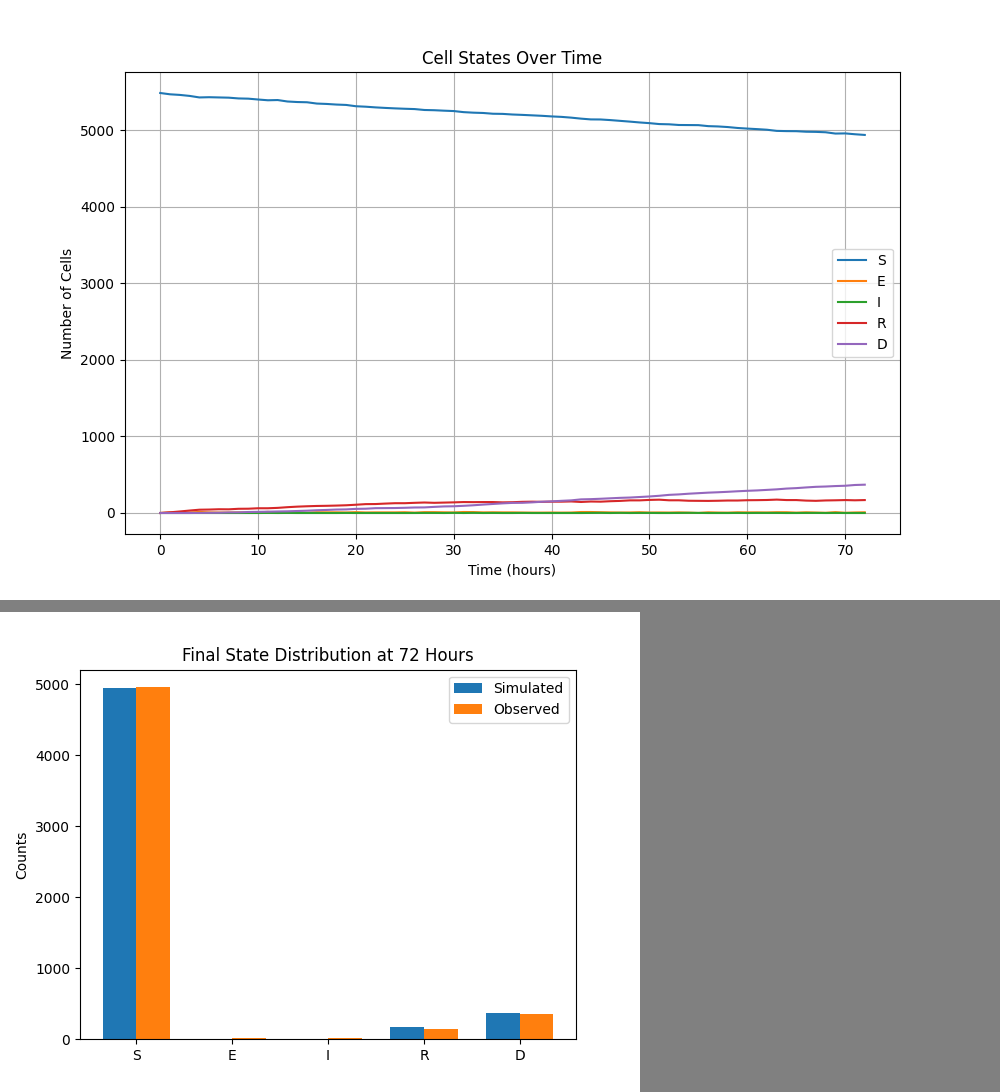
Repository: katherinewxu/iGEM_modeling
Script's output: python fshdmarkov.py
The author's editor kept a copy of each file at every save. The script's output is drawn from the files as they stood at one save, then again after the next save.
Each picture stacks the figures in order, with grey between them; figures that are only written to a file come last. Random numbers start from a fixed seed.

Above is the script's output before, as saved 2024-08-16 15:40:28.

After the next save:
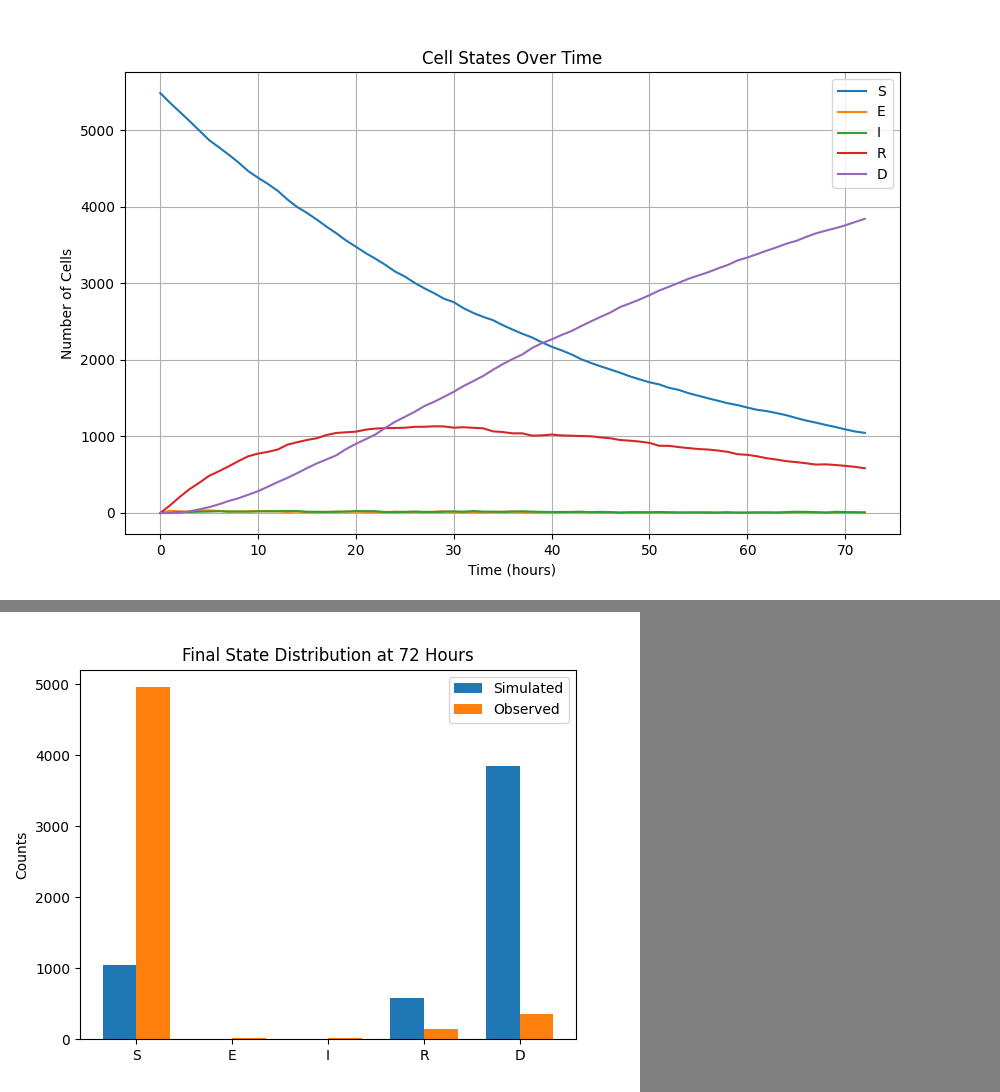
Saved 3 min 37 s later.
--- a/fshdmarkov.py
+++ b/fshdmarkov.py
@@ -1,5 +1,6 @@
 import numpy as np
 import matplotlib.pyplot as plt
+from scipy.stats import chi2
 
 # Initial and observed state distributions
 initial_state_distribution = {"S": 5488, "E": 0, "I": 0, "R": 0, "D": 0}
@@ -52,15 +53,18 @@
 
     return history
 
-# Chi-Squared score function
-def ChiSquared_Score(predicted_distribution, observed_distribution):
-    score = sum(((predicted_distribution[state] - observed_distribution[state]) ** 2) / observed_distribution[state]
+# Chi-Squared score and p-value function
+def ChiSquared_Score_and_p_value(predicted_distribution, observed_distribution):
+    chi_squared_stat = sum(((predicted_distribution[state] - observed_distribution[state]) ** 2) / observed_distribution[state]
                 for state in predicted_distribution if observed_distribution[state] > 0)
-    return score
+    degrees_of_freedom = len(predicted_distribution) - 1
+    p_value = chi2.sf(chi_squared_stat, degrees_of_freedom)
+    return chi_squared_stat, p_value
 
-# Bayesian Optimization with Chi-Squared scoring
-def bayesian_optimization(transition_probabilities_func, initial_state_distribution, observed_distribution, iterations=10000, chi_squared_threshold=10.0):
+# Bayesian Optimization with p-value-based stopping
+def bayesian_optimization(transition_probabilities_func, initial_state_distribution, observed_distribution, iterations=10000, p_value_threshold=0.05):
     best_params = None
+    best_p_value = float('inf')
     best_score = float('inf')
 
     for _ in range(iterations):
@@ -84,17 +88,19 @@
         simulation_history = simulate_markov_model(transition_probabilities, initial_state_distribution, 72)  # 72 hours = 3 days
         final_distribution = simulation_history[-1]
 
-        # Calculate score
-        score = ChiSquared_Score(final_distribution, observed_distribution)
-        if score < best_score:
+        # Calculate Chi-Squared score and p-value
+        score, p_value = ChiSquared_Score_and_p_value(final_distribution, observed_distribution)
+
+        if p_value < best_p_value:
             best_score = score
+            best_p_value = p_value
             best_params = (Δ, Dr, VD, d0, VT, TD)
 
-        # Early stopping if threshold is met
-        if best_score <= chi_squared_threshold:
+        # Early stopping if p-value is greater than or equal to threshold (p-value should be high for a good fit)
+        if best_p_value >= p_value_threshold:
             break
 
-    print(f"Best Chi-Squared Score: {best_score}")
+    print(f"Best Chi-Squared Score: {best_score}, Best p-value: {best_p_value}")
 
     return best_params
 

After the save that followed:
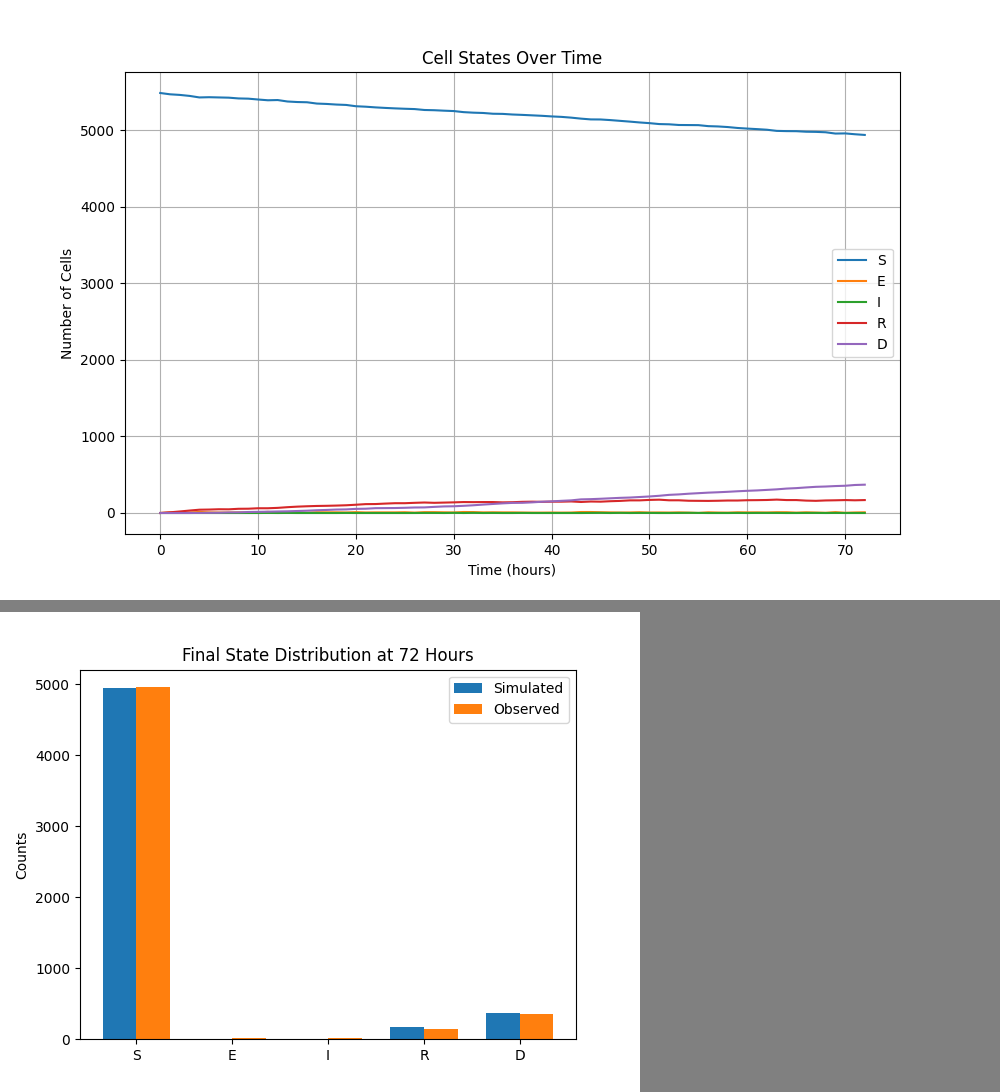
Saved 82 s later.
--- a/fshdmarkov.py
+++ b/fshdmarkov.py
@@ -1,6 +1,5 @@
 import numpy as np
 import matplotlib.pyplot as plt
-from scipy.stats import chi2
 
 # Initial and observed state distributions
 initial_state_distribution = {"S": 5488, "E": 0, "I": 0, "R": 0, "D": 0}
@@ -53,18 +52,15 @@
 
     return history
 
-# Chi-Squared score and p-value function
-def ChiSquared_Score_and_p_value(predicted_distribution, observed_distribution):
-    chi_squared_stat = sum(((predicted_distribution[state] - observed_distribution[state]) ** 2) / observed_distribution[state]
+# Chi-Squared score function
+def ChiSquared_Score(predicted_distribution, observed_distribution):
+    score = sum(((predicted_distribution[state] - observed_distribution[state]) ** 2) / observed_distribution[state]
                 for state in predicted_distribution if observed_distribution[state] > 0)
-    degrees_of_freedom = len(predicted_distribution) - 1
-    p_value = chi2.sf(chi_squared_stat, degrees_of_freedom)
-    return chi_squared_stat, p_value
+    return score
 
-# Bayesian Optimization with p-value-based stopping
-def bayesian_optimization(transition_probabilities_func, initial_state_distribution, observed_distribution, iterations=10000, p_value_threshold=0.05):
+# Bayesian Optimization with Chi-Squared scoring
+def bayesian_optimization(transition_probabilities_func, initial_state_distribution, observed_distribution, iterations=10000, chi_squared_threshold=10.0):
     best_params = None
-    best_p_value = float('inf')
     best_score = float('inf')
 
     for _ in range(iterations):
@@ -88,19 +84,17 @@
         simulation_history = simulate_markov_model(transition_probabilities, initial_state_distribution, 72)  # 72 hours = 3 days
         final_distribution = simulation_history[-1]
 
-        # Calculate Chi-Squared score and p-value
-        score, p_value = ChiSquared_Score_and_p_value(final_distribution, observed_distribution)
-
-        if p_value < best_p_value:
+        # Calculate score
+        score = ChiSquared_Score(final_distribution, observed_distribution)
+        if score < best_score:
             best_score = score
-            best_p_value = p_value
             best_params = (Δ, Dr, VD, d0, VT, TD)
 
-        # Early stopping if p-value is greater than or equal to threshold (p-value should be high for a good fit)
-        if best_p_value >= p_value_threshold:
+        # Early stopping if threshold is met
+        if best_score <= chi_squared_threshold:
             break
 
-    print(f"Best Chi-Squared Score: {best_score}, Best p-value: {best_p_value}")
+    print(f"Best Chi-Squared Score: {best_score}")
 
     return best_params
 
